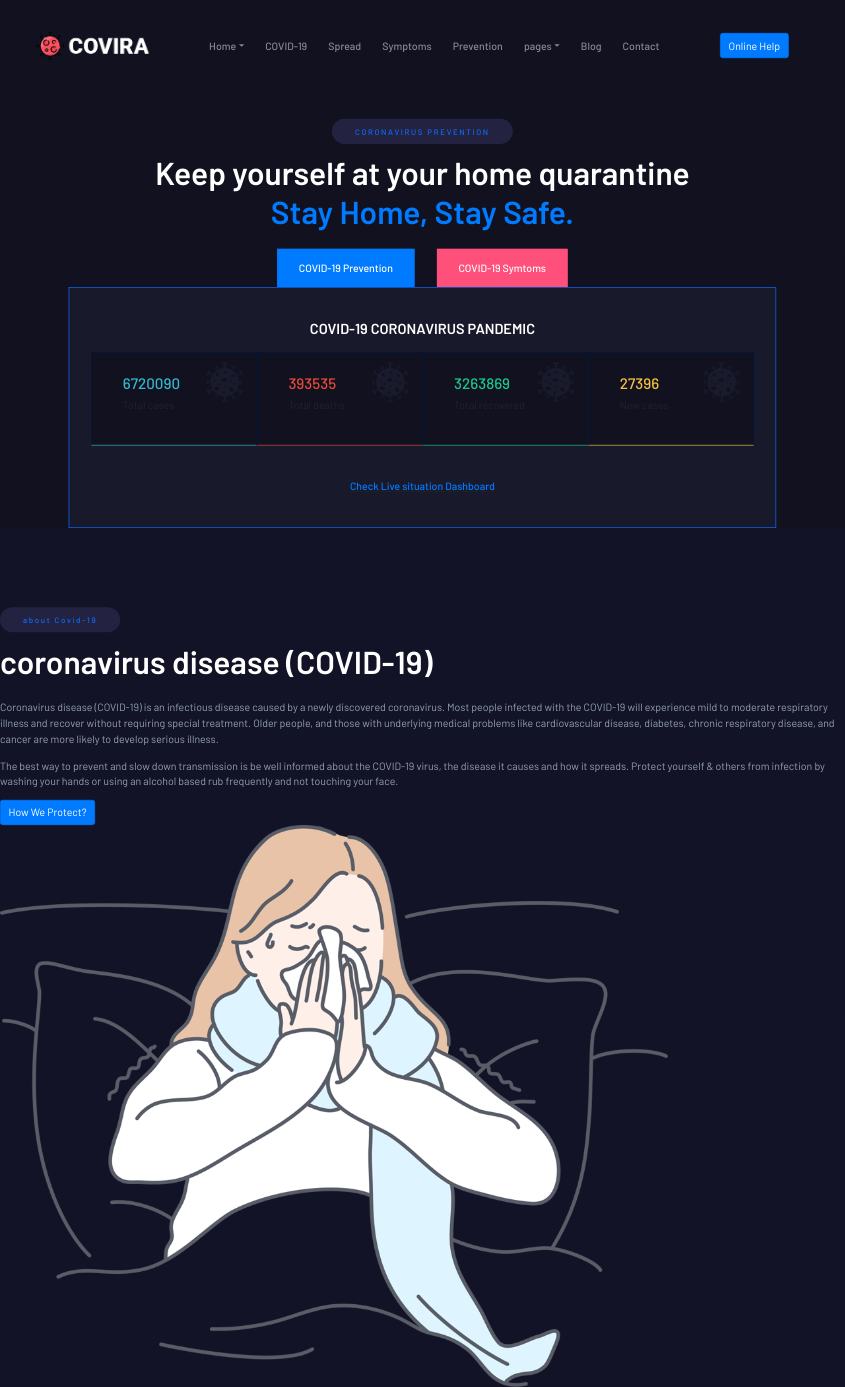
Repository: sitikhusushan/corona_updates
Page: index.html
These files come from the project's save history. The page is drawn as it stood at one moment and after the next save; the edit follows.
The browser window is 1280 px wide. The pictures show the whole page, at 66% of full size.

Above is the page before, as saved 2020-06-06 23:28:14.

After the next save:
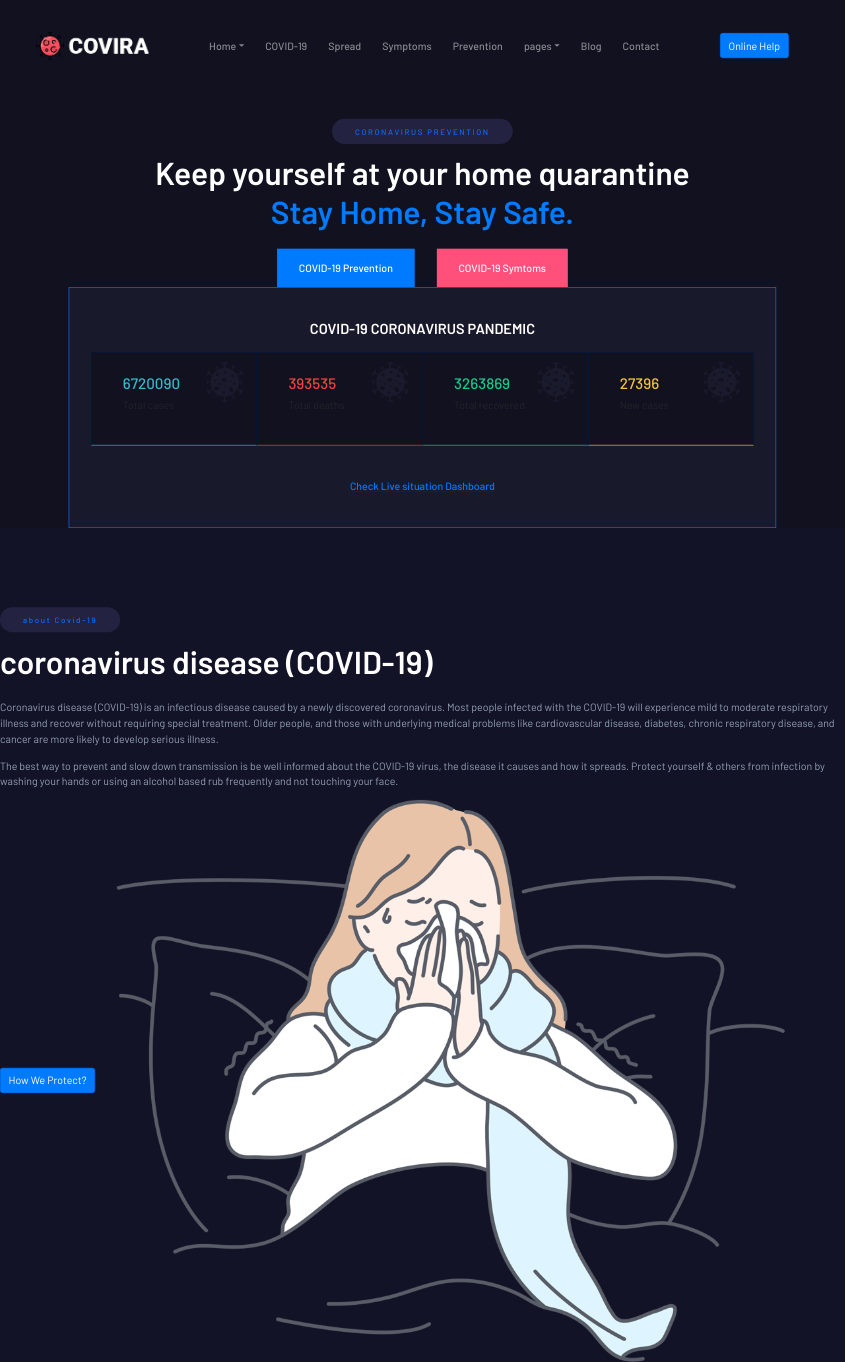
Saved 51 s later.
--- a/index.html
+++ b/index.html
@@ -229,8 +229,12 @@
             face.
           </p>
           <button class="btn btn-primary" type="button">How We Protect?</button>
-        </div>
-        <img class="women" src="image/about/1.png" alt="image of sick women" />
+          <img
+            class="women"
+            src="image/about/1.png"
+            alt="image of sick women"
+          />
+        </div>
       </div>
     </div>
   </body>
